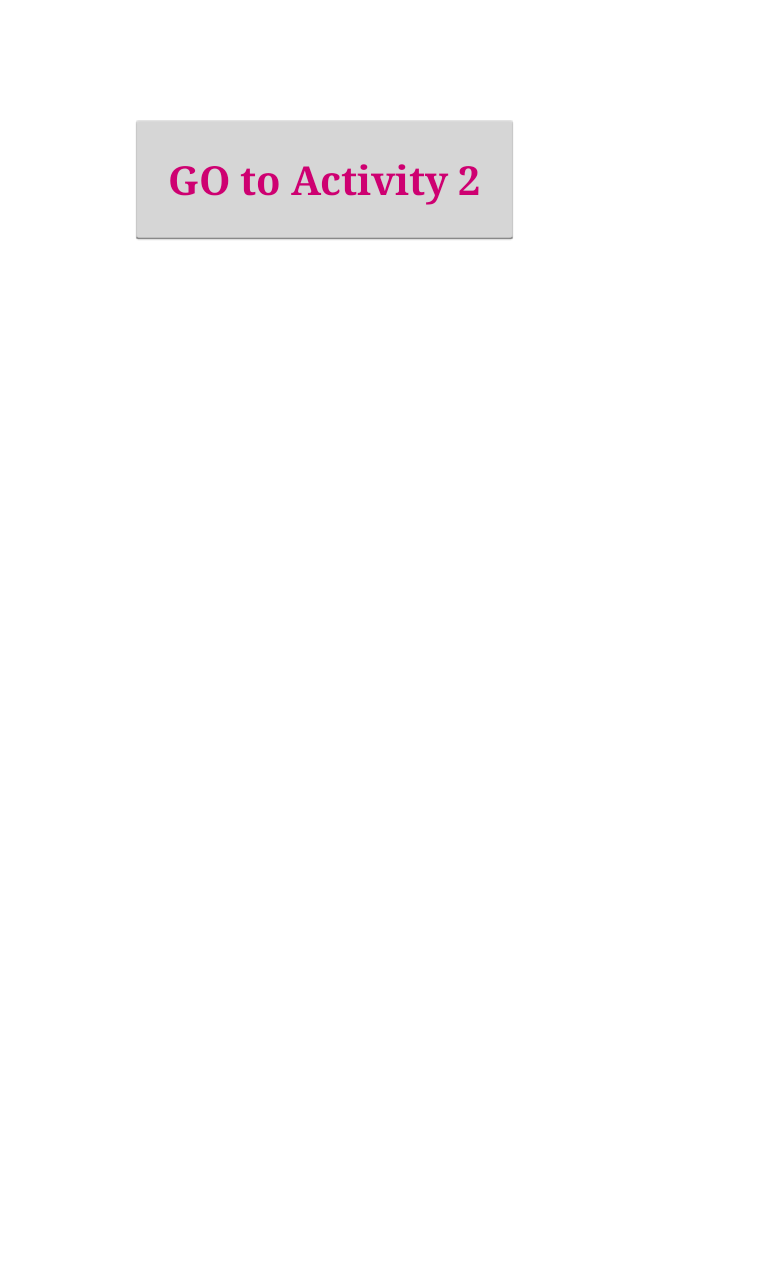
Repository: EnjoyWorkTrue/Spring2014
Layout: CMP464/Assignment3/res/layout/activity_main.xml
These files come from the project's save history. The layout is drawn as it stood at one moment and after the next save; the edit follows.
It is drawn on a 768 x 1280 px phone screen (xhdpi) without system bars, with theme AppTheme; the app's code is not run.

Above is the layout before, as saved 2014-02-25 19:47:28.

After the next save:
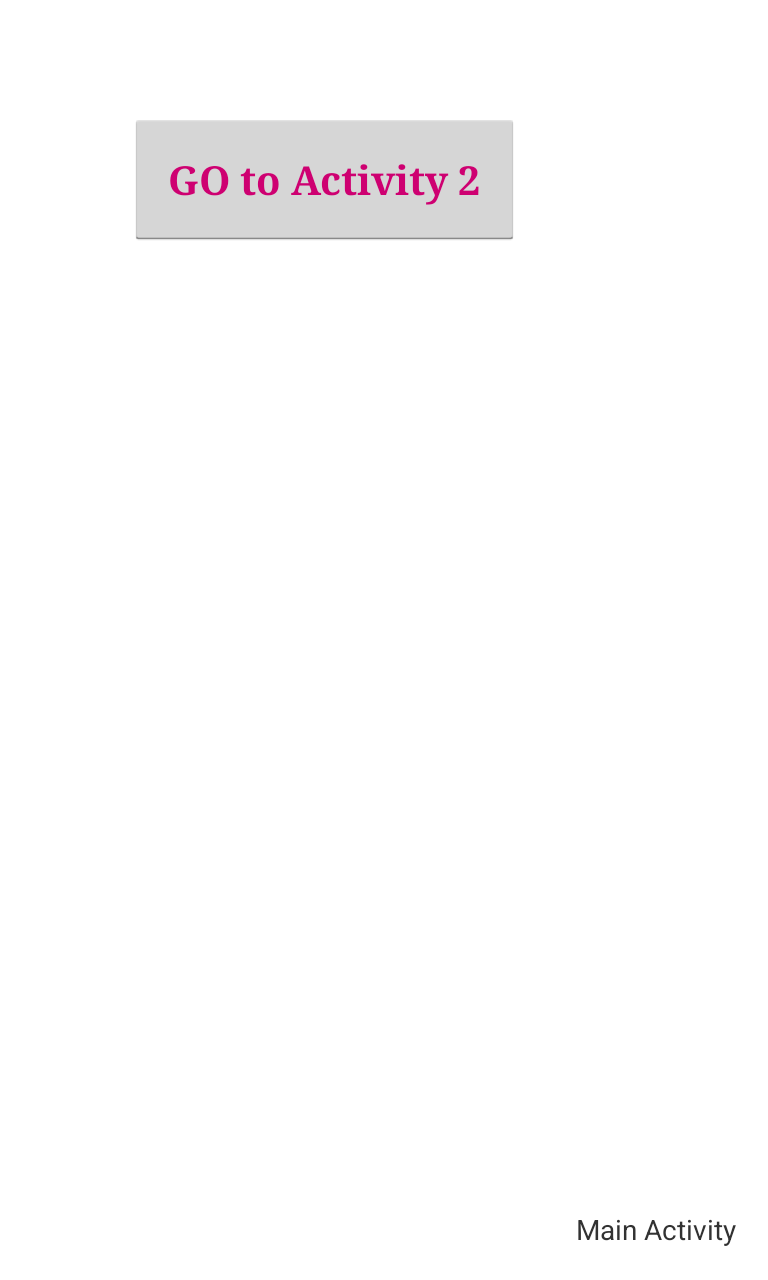
Saved 31 s later.
--- a/CMP464/Assignment3/res/layout/activity_main.xml
+++ b/CMP464/Assignment3/res/layout/activity_main.xml
@@ -23,6 +23,15 @@
         android:padding="20dp"
         android:typeface="serif"/>
 
+    <TextView
+        android:id="@+id/textView1"
+        android:layout_width="wrap_content"
+        android:layout_height="wrap_content"
+        android:layout_alignParentBottom="true"
+        android:layout_alignParentRight="true"
+        android:text="Main Activity"
+        android:textAppearance="?android:attr/textAppearanceSmall" />
+
     "
 
 </RelativeLayout>
